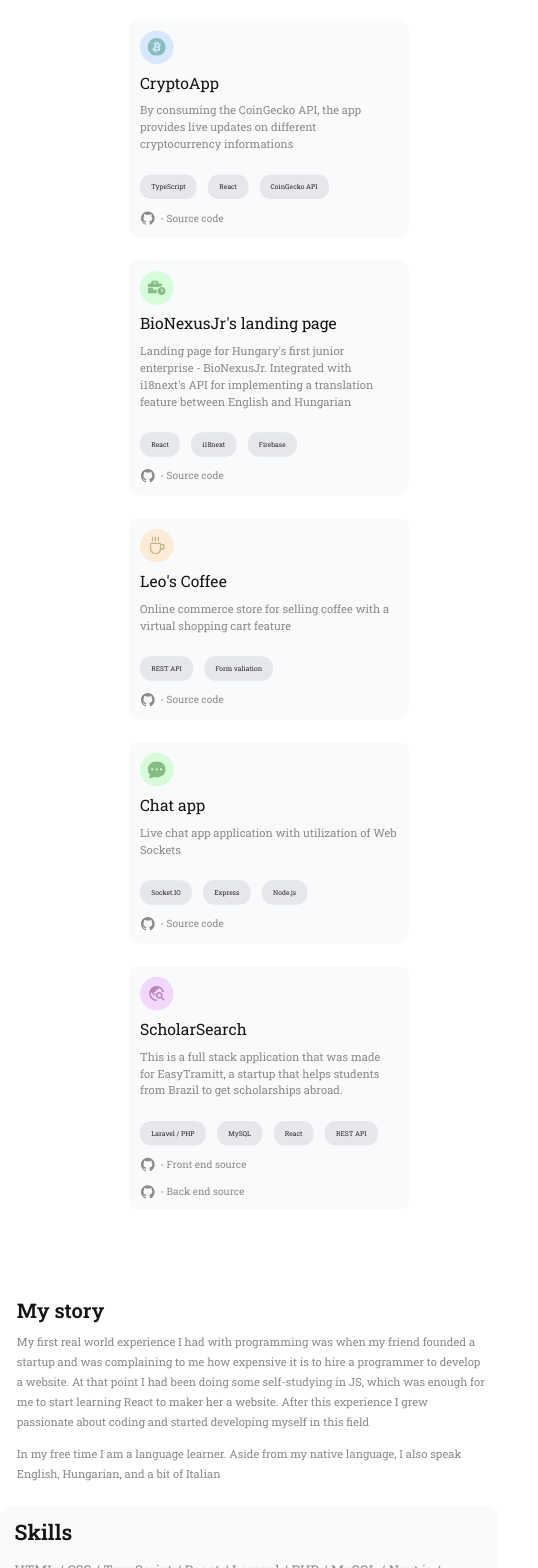
Repository: Leoka2000/portfolio-final
Page: /
The author's editor kept a copy of each file at every save. The page is drawn from the files as they stood at one save, then again after the next save.
The browser window is 768 px wide. The pictures show the part of the page from y = 588 to 2828 px (the page is 3804 px tall before and 3808 px after), at 70% of full size.
The page's requests for data from a server got no answer. Some web fonts or font styles are not loaded; a fallback is used. The project was rebuilt for these pictures with package versions that can differ from the ones it lists, and the page was loaded fresh each time. No one was signed in, and anything a server would have sent is missing. Also part of the build but not shown: src/App.css. Imported but missing from the stored project, and not drawn on this page: src/assets/LeoCV.pdf, src/assets/ScholarSearch.mp4.

Above is the page before, as saved 2023-05-11 19:59:29.

### public/index.html
<!DOCTYPE html>
<html lang="en">
  <head>
    <meta charset="utf-8" />
    <link rel="icon" href="%PUBLIC_URL%/favicon.ico" />
    <meta name="viewport" content="width=device-width, initial-scale=1" />
    <meta name="theme-color" content="#000000" />
    <meta
      name="description"
      content="Web site created using create-react-app"
    />
    <link rel="apple-touch-icon" href="%PUBLIC_URL%/logo192.png" />
    <!-- font -->
    <link rel="preconnect" href="https://fonts.googleapis.com">
    <link rel="preconnect" href="https://fonts.gstatic.com" crossorigin>
    <link href="https://fonts.googleapis.com/css2?family=Fira+Sans+Extra+Condensed:wght@300&family=Roboto+Condensed:wght@300&family=Roboto+Slab:wght@400;500;600&display=swap" rel="stylesheet">

    <!-- font -->
    <link rel="manifest" href="%PUBLIC_URL%/manifest.json" />

    <title>React App</title>
  </head>
  <body>
    <noscript>You need to enable JavaScript to run this app.</noscript>
    <div id="root"></div>
    <!--
      This HTML file is a template.
      If you open it directly in the browser, you will see an empty page.

      You can add webfonts, meta tags, or analytics to this file.
      The build step will place the bundled scripts into the <body> tag.

      To begin the development, run `npm start` or `yarn start`.
      To create a production bundle, use `npm run build` or `yarn build`.
    -->
  </body>
</html>

### src/pages/main/home.jsx
import React from 'react'
import Navbar from '../../compontents/navbar/navbar'
import Hero from './hero/hero'
import Work from './work/work-parent'
import About from './about/about'
import Contact from '../contact/contact'


const Home = () => {
  return (
    <>
      <Hero/>
      <Work/>
      <About/>
      <Contact/>
    </>
  )
}

export default Home

### src/compontents/navbar/navbar.css
.nav-navbar {
    display: flex;
    justify-content: flex-start;

    align-items: center;
    height: 90px;
}

.nav-navbar > span {
    display: flex;
    color: var(--h1);
    text-align: center;
    align-items: center;
    justify-content: center;
    background-color: #f5f5f5;
    font-weight: 300;
    padding: 9px 30px;
    border-radius: 30px;
    height: 2rem;
    gap: 1rem;
    width: auto;
    position: absolute;
    right: 30rem;

}
.nav-navbar > span > div {
width: 1.4rem;
border-radius: 100%;
background-color: rgb(101, 223, 101);
height: 1.4rem;
}
.dropdown-menu{
    position: absolute;
    right: 0;
    margin-right: 2rem;


}
.nav-dropdown {
    transform: none;
    transition: all 2s ease-in-out;
    margin-top: 1rem;
    background-color: #f5f5f5;
    position: absolute;
    top: 1;
    right: 0;
    border-radius: 10px;
    width: 10rem;
    height: 8.5rem;
    font-size: 1.2rem;
    transition: all .2s ease-in-out;
    box-shadow: rgba(0, 0, 0, 0.1) 0px 20px 25px -5px, rgba(0, 0, 0, 0.04) 0px 10px 10px -5px;
    opacity:1;
    transition:

     0s linear,
     1s linear;
}
.nav-dropdown::before {
    content: "";
z-index: -1;
position: absolute;
top: 0;
right: 0;
bottom: 0;
left: 0;
background: linear-gradient(-45deg,#e81cff,#40c9ff);
transform: translateZ(0) scale(.95);
filter: blur(20px);
opacity: .6;
transition: .3s;
border-radius: inherit;
transition: all 2s ease-in-out;

}
.dropdown{

    list-style: none;
    display: flex;
 flex-direction: column;
 padding: 1rem;
 transform: none;
 opacity:1;
    transition:

     0s linear,
     1s linear;


}

.dropdown > a {
    list-style: none;
    width: 84%;
    display: flex;
    padding: 0.5rem 1rem 0.5rem 0.7rem;
}
.dropdown > a > a {
    width: 100%;
}
.dropdown a:hover {
    background-color: rgb(219, 219, 219);
    cursor: pointer;
    border-radius: 10px;
    transition: 0.2s;
}
.nav-navbar > div > button {
    background-color: transparent;
    outline: none;
    border: none;
    display: flex;
    align-items: center;
    background-color: #f5f5f5;
    border-radius: 10px;

    padding: 0.8rem;
    justify-content: center;
    gap: 0.2rem;
    cursor: pointer;
    position: relative;
    transition: 0.3s;
}
.nav-navbar > div > button:hover {
background-color: rgb(228, 228, 228);
transform: scale(1.1);
}
.dropdown-menu > button > p {
    font-size: 1.2rem;

}
.dropdown-menu button svg {
    font-size: 1.5rem;
}

### src/pages/main/hero/hero.jsx
import React from 'react'
import {AiFillGithub} from 'react-icons/ai'
import {AiOutlineMail} from 'react-icons/ai'
import {AiFillLinkedin} from 'react-icons/ai'
import './hero.css'
import { Link } from 'react-scroll'

const hero = () => {
  return (
    <>
      <section className='hero-section'>
        <h1>Hi, I'm Leo, a front-end developer</h1>
        <p>I build things for the web primarily using React. Currently living in Hungary</p>
        <div className='icons-wrapper'>
          <a href='https://www.linkedin.com/in/leoreus/'><AiFillGithub/></a>
          <a href='https://github.com/Leoka2000'><AiOutlineMail/> </a>
          <a><AiFillLinkedin/></a>
        </div>
        <button className='hero-btn'> <Link to="contact" spy={true} smooth={true} offset={100} duration={500}>Hire me</Link></button>
      </section>
    </>
  )
}

export default hero

### src/pages/main/about/about.js
import React from 'react'
import './about.css'
import ThingsIDo from './thingsido/index'
import Skills from './skills/index'

const about = () => {
  return (
    <section id='about' className='about-section'>
      <ThingsIDo/>
      <Skills/>
    </section>
  )
}

export default about

### src/pages/contact/contact.js
import React from 'react'
import './contact.css'
import Form from './inputs/index'

const Contact = () => {
  return (
    <section id='contact' className='contact-session'>
      <header className='contact-header'>
        <h1>Let's Talk about Your Project.</h1>
        <p>Something on your mind? Get in touch and let's chat!</p>

      </header>
<main className='contact-main'>
<Form/>
</main>


    </section>
  )
}

export default Contact

### src/pages/main/hero/hero.css
.hero-section {
    display: flex;
    flex-direction: column;
    text-align: center;
    align-items: center;
    padding: 4rem 2rem 2rem 2rem;
    justify-content: center;
    gap: 1.5rem
}
.hero-section h1 {
    color: var(--h1);
    font-size: 5rem;
}
.hero-section p {
    color: var(--p);
    font-size: 2rem;
    line-height: 2.5rem;
    width: 80%;

}
.icons-wrapper {
    font-size: 2rem;
    color: var(--p);
    background-color: #f5f5f5;
    border-radius: 25px;
    align-items: center;
    padding: 0.8rem 0 0.5rem 0;
    width: 12rem;
    display: flex;
    justify-content: center;
    gap: 1rem;
    cursor: pointer;

}
.icons-wrapper a {
    text-decoration: none;
    color: var(--p);
}
.icons-wrapper svg {
    transition: 0.4s;
}
.icons-wrapper svg:hover {
    color: rgb(0, 0, 0);
}


.hero-section > button {
    font-family: 'Fira Sans Extra Condensed', sans-serif;

    font-family: 'Inter', sans-serif;

    font-family: 'Roboto Condensed', sans-serif;

    font-family: 'Roboto Slab', serif;

    display: flex;
    justify-content: center;
    align-items: center;
    color: white;
    font-size: 1.3rem;
    width: 10rem;
    height: 3.5rem;
    border-radius: 10px;
    outline: none;
    background-color: black;
    border: none;
    position: relative;
    cursor: pointer;
    transition: all .2s ease-in-out;
    box-shadow: rgba(0, 0, 0, 0.1) 0px 20px 25px -5px, rgba(0, 0, 0, 0.04) 0px 10px 10px -5px;
}
.hero-section > button::before {
    content: "";
z-index: -1;
position: absolute;
top: 0;
right: 0;
bottom: 0;
left: 0;
background: linear-gradient(-45deg, #e81cff, #40c9ff);
transform: translateZ(1) scale(.98);
filter: blur(20px);
opacity: .6;
transition: opacity .3s;
border-radius: inherit;
transition: all .2s ease-in-out;
}
.hero-section > button::after {

        content: "";
        z-index: -1;
        position: absolute;
        top: 0;
        right: 0;
        bottom: 0;
        left: 0;
        background: inherit;
        border-radius: inherit;
      }

.hero-section > button:hover {
transform: scale(1.1);
background-color: white;
color: black;
}



@media screen and (max-width: 1000px) {
    .hero-section > h1 {
        color: var(--h1);
        font-size: 2rem;
    }
    .hero-section > p {
        font-size: 1.2rem;
        line-height: 1.4rem;
    }

}

### src/pages/main/work/work.css
.work-section {
    display: flex;
    flex-direction: column;
    justify-content: center;
    padding: 4rem 1rem 1rem 1rem;

}
.work-section > header {
text-align: center;
font-size:2.5rem;
}

.work-main {
    padding-top: 4rem;
    display: flex;
    gap: 2rem;
    flex-wrap: wrap;
    justify-content: center;
}
.individual-wrapper {
    background-color: var(--background);
    width: 23rem;
    cursor: pointer;
    display: flex;
    justify-content: space-between;
    flex-direction: column;
gap: 1rem;
padding: 1rem;
border-radius: 15px;
height: auto;
transition: 0.5s;
}
.individual-wrapper:hover {
    transform: scale(1.02);
    background-color: rgb(241, 241, 241);

}
.individual-wrapper > h1 {
    font-size: 1.4rem;
    font-weight: 400;
}
.individual-wrapper > span {
    font-size: 1.6rem;
    background-color: var(--background-dark);
    border-radius: 100%;
    width: 3rem;
    height: 3rem;
    justify-content: center;
    align-items: center;
    display: flex;
}
.individual-wrapper > p {
    color: var(--p);
    line-height: 1.5rem;
}
.key-wrapper {
    display: flex;
    gap: 1rem
}
.key-wrapper > span {
    margin-top: 1rem;
    text-align: center;
    padding: 0.7rem;
    border-radius: 16px;
    width: auto;
    display: block;
    font-weight: 100;
    font-size: 0.75rem;
    background-color: var(--background-dark);
    color :rgb(43, 43, 43)
}

a { color: inherit;
text-decoration: none;
}
.individual-wrapper > a {
    font-size: 1.8rem;
    cursor: pointer;
    display: flex;
    color: var(--p);
    align-items: center;
    gap: 0.4rem;
    transition: 0.3s;
}
.individual-wrapper > a > p {
    color: var(--p);
    font-size: 1rem;
    transition: 0.3s;

}

.individual-wrapper > a:hover #hover {
    color: black;
}

.individual-wrapper > a:hover {
    color: black;
}
#work-1 {
    background-color: rgb(215, 232, 252);
    color: rgb(133, 190, 188);
}

#work-2 {
    background-color: rgb(215, 252, 217);
    color: rgb(133, 190, 133);
}
#work-3 {
    background-color: rgb(252, 235, 215);
    color: rgb(190, 184, 133);
}
#work-4 {
    background-color: rgb(215, 252, 217);
    color: rgb(133, 190, 133);
}
#work-5 {
    background-color: rgb(241, 215, 252);
    color: rgb(183, 133, 190);
}

  .video-overlay {
    position: fixed;
    top: 0;
    left: 0;
    width: 100%;
    height: 100%;
    background-color: rgba(0, 0, 0, 0.8);
    display: flex;
    justify-content: center;
    align-items: center;
    z-index: 9999;
  }

  .video-overlay video {
    width: 90%;
    height: 90%;
  }

  .video-overlay button {
    background-color: #fff;
    position: absolute;
    color: #000;
    border: none;
    right: 4rem;
    top: 12rem;
    padding: 10px 20px;
    font-size: 16px;
    border-radius: 4px;
    cursor: pointer;
  }

  .video-overlay button:hover {
    background-color: #000;
    color: #fff;
  }

  @media screen and (max-width: 1000px) {

    .video-overlay button {
        background-color: #fff;
        position: absolute;
        color: #000;
        border: none;
        right: 9rem;
        top: 9rem;
        padding: 10px 20px;
        font-size: 16px;
        border-radius: 4px;
        cursor: pointer;
      }


}

@media screen and (max-width: 800px) {
    .key-wrapper > span {
        margin-top: 1rem;
        text-align: center;
        padding: 0.8rem 1rem 0.8rem 1rem;
        border-radius: 16px;
        width: auto;
        display: block;
        font-weight: 100;
        font-size: 0.6rem;
        background-color: var(--background-dark);
        color :rgb(43, 43, 43)
    }
    .individual-wrapper > a {
    font-size: 1.4rem;
    cursor: pointer;
    display: flex;
    color: var(--p);
    align-items: center;
    gap: 0.4rem;
    transition: 0.3s;
}
.individual-wrapper > a > p {
    color: var(--p);
    font-size: 0.9rem;
    transition: 0.3s;

}
}

### src/pages/main/work/projects/bionexus/index.jsx
import React from 'react'
import {FaBusinessTime} from 'react-icons/fa'
import {AiFillGithub} from 'react-icons/ai'

const index = () => {
  return (
    <a target='_blank' href='https://bionexusjr.com/' className='individual-wrapper'>
    <span id='work-2'><FaBusinessTime/></span>
    <h1>BioNexusJr's landing page</h1>
    <p>Landing page for Hungary's first junior enterprise - BioNexusJr. Integrated with i18next's API for implementing a translation feature between English and Hungarian</p>
    <div className='key-wrapper'>
    <span>React</span>
      <span>i18next</span>
      <span>Firebase</span>
    </div>
    <a href='https://github.com/Leoka2000/BioNexus-s-Website'><AiFillGithub/><p id='hover'>- Source code</p></a>
  </a>
  )
}

export default index

### src/pages/main/work/projects/coffee/index.jsx
import React from 'react'
import {AiOutlineCoffee} from 'react-icons/ai'
import {AiFillGithub} from 'react-icons/ai'

const index = () => {
  return (
    <a target='_blank'  href='https://voluble-salamander-19402b.netlify.app/' className='individual-wrapper'>
      <span id='work-3'><AiOutlineCoffee/></span>
      <h1>Leo's Coffee</h1>
      <p>Online commerce store for selling coffee with a virtual shopping cart feature</p>
      <div className='key-wrapper'>
        <span>REST API</span>
        <span>Form valiation</span>
      </div>
      <a href='https://www.facebook.com/'><AiFillGithub/><p id='hover'>- Source code</p></a>
    </a>
  )
}

export default index

### src/pages/main/work/projects/chatapp/index.jsx
import React from 'react'
import {BsFillChatDotsFill} from 'react-icons/bs'
import {AiFillGithub} from 'react-icons/ai'

const index = () => {
  return (
    <a target='_blank'  href='https://idyllic-horse-830bac.netlify.app/' className='individual-wrapper'>
    <span id='work-4'><BsFillChatDotsFill/></span>
    <h1>Chat app</h1>
    <p>Live chat app application with utilization of Web Sockets</p>
    <div className='key-wrapper'>
      <span>Socket.IO</span>
      <span>Express</span>
      <span>Node.js</span>
    </div>
    <a href='https://www.facebook.com/'><AiFillGithub/><p id='hover'>- Source code</p></a>
  </a>
  )
}

export default index

### src/pages/main/work/projects/easy/index.jsx
import React, { useState } from 'react';
import { MdTravelExplore } from 'react-icons/md';
import { AiFillGithub } from 'react-icons/ai';
import video from '../../../../../assets/ScholarSearch.mp4';

const Index = () => {
  const [isVideoPlaying, setIsVideoPlaying] = useState(false);

  const handleVideoClick = (event) => {
    const targetElement = event.target;
    const isGithubLink = targetElement.closest('.github-link');

    if (!isGithubLink) {
      setIsVideoPlaying(true);
      disableScroll();
    }
  };

  const handleQuitVideo = () => {
    setIsVideoPlaying(false);
    enableScroll();
  };

  const disableScroll = () => {
    document.body.style.overflow = 'hidden';
  };

  const enableScroll = () => {
    document.body.style.overflow = '';
  };

  return (
    <div>
      <div onClick={handleVideoClick} className="individual-wrapper">
        <span id="work-5">
          <MdTravelExplore />
        </span>
        <h1>ScholarSearch</h1>
        <p>
          This is a full stack application that was made for EasyTramitt, a
          startup that helps students from Brazil to get scholarships abroad.
        </p>
        <div className="key-wrapper">
          <span>Laravel / PHP</span>
          <span>MySQL</span>
          <span>React</span>
          <span>REST API</span>
        </div>
        <a target='_blank' href="https://github.com/Leoka2000/front-end-ScholarSearch" className="github-link">
          <AiFillGithub />
          <p id="hover">- Front end source</p>
        </a>
        <a  target='_blank' href="https://github.com/Leoka2000/back-end-laravel" className="github-link">
          <AiFillGithub />
          <p id="hover">- Back end source</p>
        </a>
      </div>

      {isVideoPlaying && (
        <div className="video-overlay">
          <video src={video} controls autoPlay />
          <button onClick={handleQuitVideo}>Quit</button>
        </div>
      )}
    </div>
  );
};

export default Index;

### src/pages/main/work/projects/cryptoapp/index.jsx
import React from 'react'
import {SiBitcoin} from 'react-icons/si'
import {AiFillGithub} from 'react-icons/ai'

const index = () => {
  return (
    <a target='_blank'  href='https://regal-macaron-8fc4ed.netlify.app/' className='individual-wrapper'>
      <span id='work-1'><SiBitcoin/></span>
      <h1>CryptoApp</h1>
      <p>By consuming the CoinGecko API, the app provides live updates on different cryptocurrency informations</p>
      <div className='key-wrapper'>
      <span>TypeScript</span>
      <span>React</span>
        <span>CoinGecko API</span>
      </div>
      <a href='https://github.com/Leoka2000/CryptoApp'><AiFillGithub/><p id='hover'>- Source code</p></a>
    </a>
  )
}

export default index

### src/pages/main/about/about.css
.about-section {
    display: flex;
    gap: 0.5rem;
    padding: 7rem 1.5rem 5rem 4rem;
}

.left {
    display: flex;
    flex-direction: column;
    width: 50rem;
    gap: 1rem;

}
.left > h1 {
    color: var(--h1);
    font-size: 1.8rem;
}
.left > p {
    line-height: 1.8rem;
    color: var(--p);
    font-size: 1rem;
    font-weight: normal;
    -webkit-font-smoothing: antialiased;
    -moz-osx-font-smoothing: grayscale;
    width: 90%;

}

.right {
    display:flex;
    flex-direction: column;
    background-color: var(--background);
    border-radius: 16px;
    gap:1.6rem;
    padding: 1.3rem;
    justify-content: space-evenly;
    z-index: 0;
    width: 30rem;

}
.right > h1 {
    font-size: 1.9rem;
}
.right > p {
    color: var(--p);
    font-size: 1.1rem;
    line-height: 1.8rem;
    width: 95%;
}
.right-btn {
    display: flex;
    justify-content: center;
    align-items: center;
    color: white;
    font-size: 1rem;
    width: 10rem;
    height: 2.5rem;
    border-radius: 10px;
    outline: none;

    background-color: black;
    border: none;
    position: relative;
    cursor: pointer;
    transition: all .2s ease-in-out;
    box-shadow: rgba(0, 0, 0, 0.1) 0px 20px 25px -5px, rgba(0, 0, 0, 0.04) 0px 10px 10px -5px;
    font-family: 'Fira Sans Extra Condensed', sans-serif;

    font-family: 'Inter', sans-serif;

    font-family: 'Roboto Condensed', sans-serif;

    font-family: 'Roboto Slab', serif;
}
.right-btn::before {
    content:"";
z-index: -1;
position: absolute;
top: 0;
right: 0;
bottom: 0;

left: 0;
background: linear-gradient(-45deg, #e81cff, #40c9ff);
transform: translateZ(1) scale(.98);
filter: blur(20px);
opacity: 0.8;
transition: opacity .3s;
border-radius: inherit;
transition: all .2s ease-in-out;
}
.right-btn::after {

        content: "";
        z-index: -1;
        position: absolute;
        top: 0;
        right: 0;
        bottom: 0;
        left: 0;
        background: inherit;
        border-radius: inherit;
      }

      .right-btn:hover {
transform: scale(1.1);
background-color: white;
color: black;
}




@media screen and (max-width: 1150px) {
    .right {
        width: 35rem;


    }
    .left {
        width: 40rem;
        padding-left: 1.5rem;
    }
}

@media screen and (max-width: 1000px) {
    .about-section {
        flex-direction: column;
        padding-left: 0rem;
    }
    .right {
        width: 90%;



    }
    .left {
        width: 90%;
        padding-bottom: 1.5rem;


    }
    .left > p {
        width: 100%;
    }

    .right-btn {
        width: 13rem;
    }

    .right > p {

        font-size: 1.2rem;

    }
}

### src/pages/main/about/thingsido/index.jsx
import React from 'react'

const index = () => {
  return (
    <div className='left'>
            <h1>My story</h1>
            <p>My first real world experience I had with programming was when my friend founded a startup and was complaining to me how expensive it is to hire a programmer to develop a website. At that point I had been doing some self-studying in JS, which was enough for me to start learning React to maker her a website. After this experience I grew passionate about coding and started developing myself in this field</p>
            <p>In my free time I am a language learner. Aside from my native language, I also speak English, Hungarian, and a bit of Italian</p>
        </div>
  )
}

export default index

### src/pages/main/about/skills/index.jsx
import React from 'react'
import CV from '../../../../assets/LeoCV.pdf'
import './index.css'



const index = () => {
    return (
        <div className='right'>
            <h1>Skills</h1>
            <p>HTML / CSS / TypeScript / React / Laravel / PHP / MySQL / Next.js / Node.js / Express.js / Figma</p>
            <a href={CV} download className='right-btn'>Download CV</a>
        </div>
    )
}

export default index

### src/pages/contact/contact.css
.contact-session {
    padding: 5rem 1rem 5rem 1rem;
}
.contact-header {
    text-align: center;
    font-size: 1.2rem;
    gap: 1.5rem;
    display: flex;
    flex-direction: column;
}
.contact-header > h1 {
    font-size: 4rem;
    color: var(--h1);
}
.contact-header > p {
    color: var(--p);
    font-size: 1.7rem;
}
.contact-main {
    padding-top: 3rem;
    display: flex;
    justify-content: center;

}
.form {
    display: flex;
    flex-direction: column;
    justify-content: center;
    align-items: center;
    gap: 1rem;
    width: 25rem;
    box-shadow: rgba(0, 0, 0, 0.16) 0px 10px 36px 0px, rgba(0, 0, 0, 0.06) 0px 0px 0px 1px;
    padding: 2rem;
    border-radius: 10px;

}
.input {
    padding: 0.8rem;
    width: 22.5rem;
    outline: 2px solid transparent;
outline-offset: 2px;
border: none;
background-color: var(--background);
border-radius: 4px;
font-size: 1.1rem;
font-family: 'Fira Sans Extra Condensed', sans-serif;

  font-family: 'Inter', sans-serif;

  font-family: 'Roboto Condensed', sans-serif;

  font-family: 'Roboto Slab', serif;

}
.textarea {
padding: 0.8rem;
    width: 22.5rem;
    height: 5rem;
    outline: 2px solid transparent;
outline-offset: 2px;
border: none;
background-color: var(--background);
border-radius: 4px;
font-family: 'Fira Sans Extra Condensed', sans-serif;
font-size: 1.1rem;
  font-family: 'Inter', sans-serif;

  font-family: 'Roboto Condensed', sans-serif;

  font-family: 'Roboto Slab', serif;
}

.error {
  text-align:end;
   color: red;
}
.success {
 color: rgb(16, 184, 80);
 padding-bottom: 0.5rem;
}
.contact-btn {
    font-family: 'Fira Sans Extra Condensed', sans-serif;

    font-family: 'Inter', sans-serif;

    font-family: 'Roboto Condensed', sans-serif;

    font-family: 'Roboto Slab', serif;

    display: flex;
    justify-content: center;
    align-items: center;
    color: white;
    font-size: 1.1rem;
    width: 10rem;
    height: 2.8rem;
    border-radius: 10px;
    outline: none;
    background-color: black;
    border: none;
    position: relative;
    cursor: pointer;
    transition: all .2s ease-in-out;
    box-shadow: rgba(0, 0, 0, 0.1) 0px 20px 25px -5px, rgba(0, 0, 0, 0.04) 0px 10px 10px -5px;
    margin-top: 1rem;
}

.contact-btn::before {
    content: "";
z-index: -1;
position: absolute;
top: 0;
right: 0;
bottom: 0;
left: 0;
background: linear-gradient(-45deg, #e81cff, #40c9ff);
transform: translateZ(1) scale(.9);
filter: blur(20px);
opacity: .9;
transition: opacity .3s;
border-radius: inherit;
transition: all .2s ease-in-out;
}
.contact-btn::after {

        content: "";
        z-index: -1;
        position: absolute;
        top: 0;
        right: 0;
        bottom: 0;
        left: 0;
        background: inherit;
        border-radius: inherit;
      }

.contact-btn:hover {
transform: scale(1.1);
background-color: white;
color: black;
}

@media screen and (max-width: 600px) {

    .contact-header > h1 {

        font-size: 2.5rem;
    }
    .contact-header > p {
        line-height: 2rem;
        font-size: 1.6rem;
    }

}
@media screen and (max-width: 400px) {
    .input, .textarea {
        width: 18rem;
    }
}

Loaded but not shown: src/index.js (common file); src/index.css (common file); src/App.js (common file); src/pages/contact/inputs/index.js (55 lines, source omitted); src/compontents/navbar/navbar.js (35 lines, source omitted); src/pages/main/work/work-parent.js (32 lines, source omitted); src/firebaseConfig.js (27 lines, source omitted); src/pages/main/about/skills/index.css (no stored copy; drawn as an empty file)

After the next save:
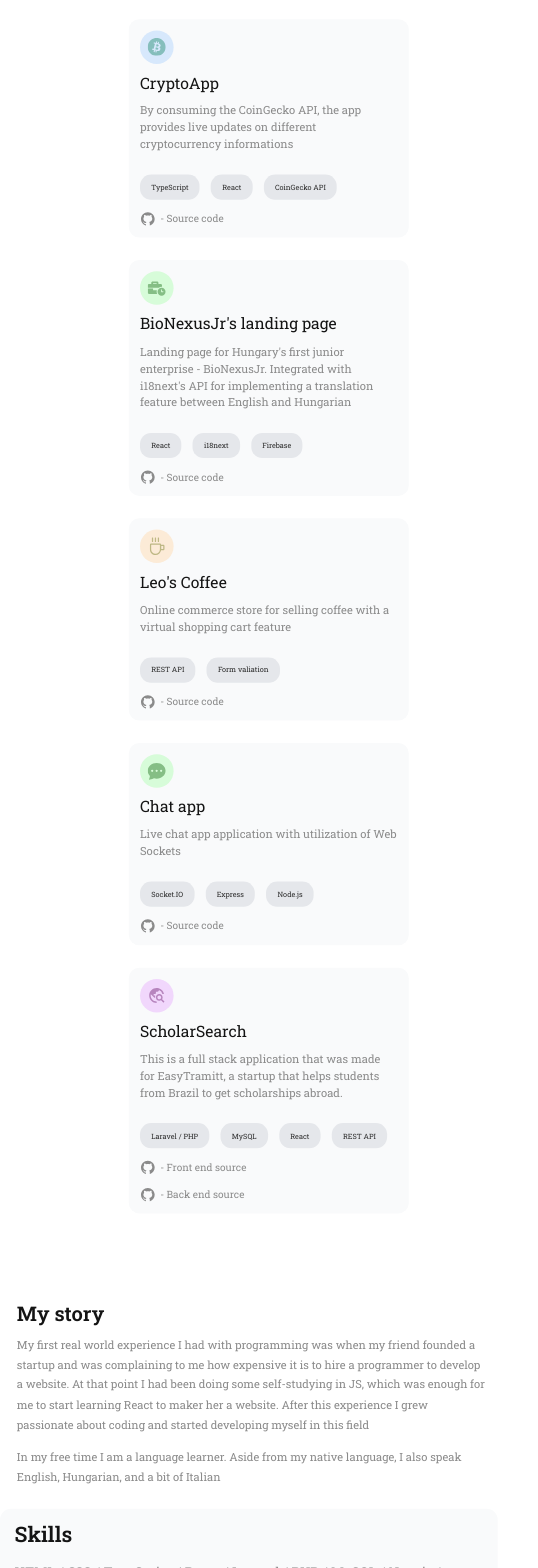
Saved 28 s later.
--- a/src/pages/main/work/work.css
+++ b/src/pages/main/work/work.css
@@ -181,7 +181,7 @@ text-decoration: none;
         width: auto;
         display: block;
         font-weight: 100;
-        font-size: 0.6rem;
+        font-size: 0.65rem;
         background-color: var(--background-dark);
         color :rgb(43, 43, 43)
     }
